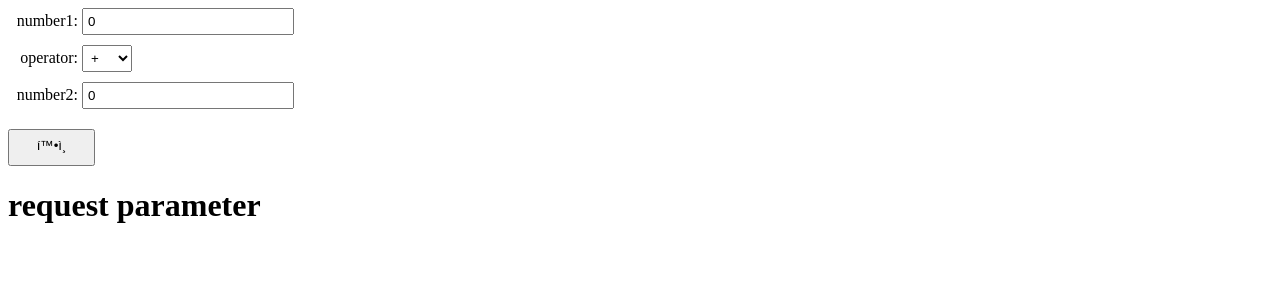
Repository: 5anniversary/JSPhw
Page: http://localhost/lecture1/form01/form1.jsp
The author's editor kept a copy of each file at every save. The page is drawn from the files as they stood at one save, then again after the next save.
The browser window is 1280 px wide. The pictures show the whole page.
The page is served by Tomcat 9.

Above is the page before, as saved 2020-04-11 11:30:11.

After the next save:
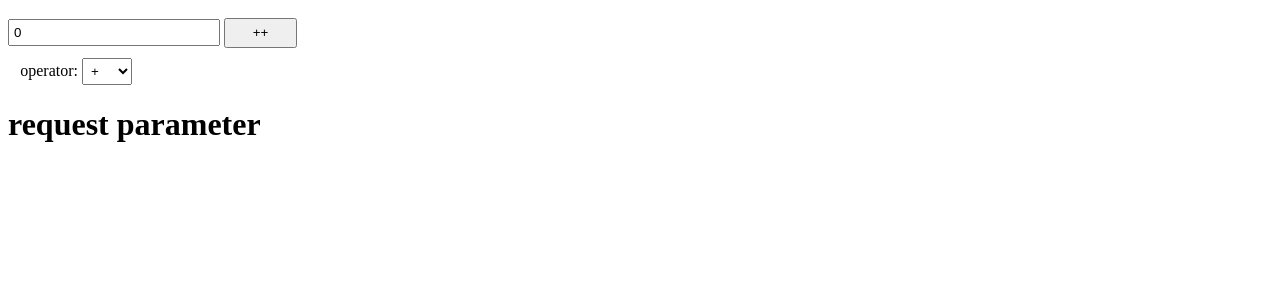
Saved 85 s later.
--- a/lecture1/WebContent/form01/form1.jsp
+++ b/lecture1/WebContent/form01/form1.jsp
@@ -3,7 +3,6 @@
 <head>
 <meta http-equiv="Content-Type" content="text/html; charset=utf-8">
 <style>
-
 form div {
 	margin-bottom: 10px;
 }
@@ -45,25 +44,22 @@ td, th {
 </style>
 </head>
 <body>
-		<form method="get">
-			<div>
-				<label>number1:</label> <input type="text" name="number1" value="0" />
-			</div>
-			<div>
-				<label>operator:</label> <select name="cmd">
-					<option value="+">+</option>
-					<option value="-">-</option>
-					<option value="*">*</option>
-					<option value="/">/</option>
-				</select>
-			</div>
-			<div>
-				<label>number2:</label> <input type="text" name="number2" value="0" />
-			</div>
-			<div>
-				<button type="submit">확인</button>
-			</div>
-		</form>
-		<h1>request parameter</h1>
+	<form method="get">
+		<div>
+			<input type="text" name="number1" value="0" />
+			<button type="submit">++</button>
+
+		</div>
+		<div>
+			<label>operator:</label> <select name="cmd">
+				<option value="+">+</option>
+				<option value="-">-</option>
+				<option value="*">*</option>
+				<option value="/">/</option>
+			</select>
+		</div>
+		<div></div>
+	</form>
+	<h1>request parameter</h1>
 </body>
 </html>
